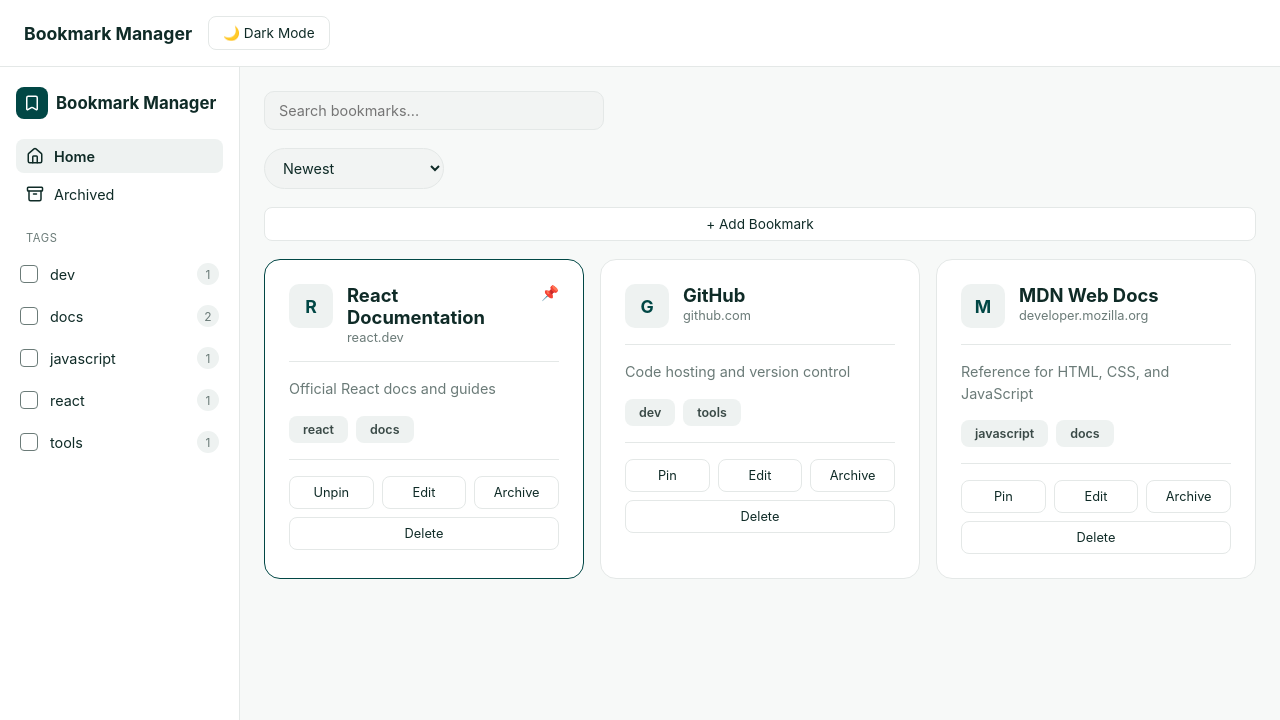
Repository: K0k1M4r/Big-Game-React
Page: /
The author's editor kept a copy of each file at every save. The page is drawn from the files as they stood at one save, then again after the next save.
The browser window is 1280 px wide. The pictures show the whole page.
The project was rebuilt for these pictures with package versions that can differ from the ones it lists, and the page was loaded fresh each time. Also part of the build but not shown: vite.config.js, src/components/Modal.jsx, src/components/BookmarkForm.jsx.

Above is the page before, as saved 2026-09-23 05:12:43.

After the next save:
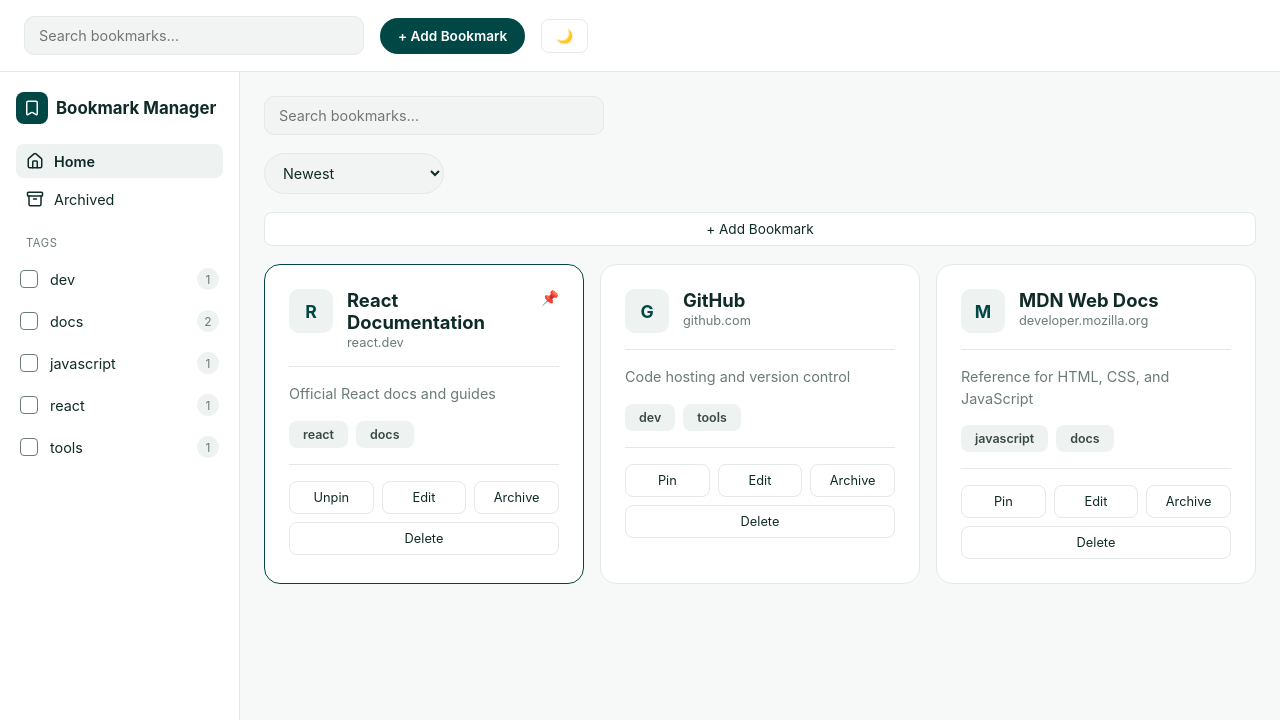
Saved 13 h 27 min later.
--- a/src/components/Layout/Header.jsx
+++ b/src/components/Layout/Header.jsx
@@ -1,9 +1,20 @@
-function Header({ theme, onToggleTheme }) {
+import SearchBar from "../SearchBar";
+
+function Header({ theme, onToggleTheme, searchTerm, onSearchChange, onAddClick }) {
   return (
     <header className="app-header">
-      <h1>Bookmark Manager</h1>
-      <button onClick={onToggleTheme}>
-        {theme === "light" ? "🌙 Dark Mode" : "☀️ Light Mode"}
+      <SearchBar searchTerm={searchTerm} onSearchChange={onSearchChange} />
+
+      <button className="add-bookmark-btn" onClick={onAddClick}>
+        + Add Bookmark
+      </button>
+
+      <button
+        className="theme-avatar-btn"
+        onClick={onToggleTheme}
+        title="Toggle theme"
+      >
+        {theme === "light" ? "🌙" : "☀️"}
       </button>
     </header>
   );
